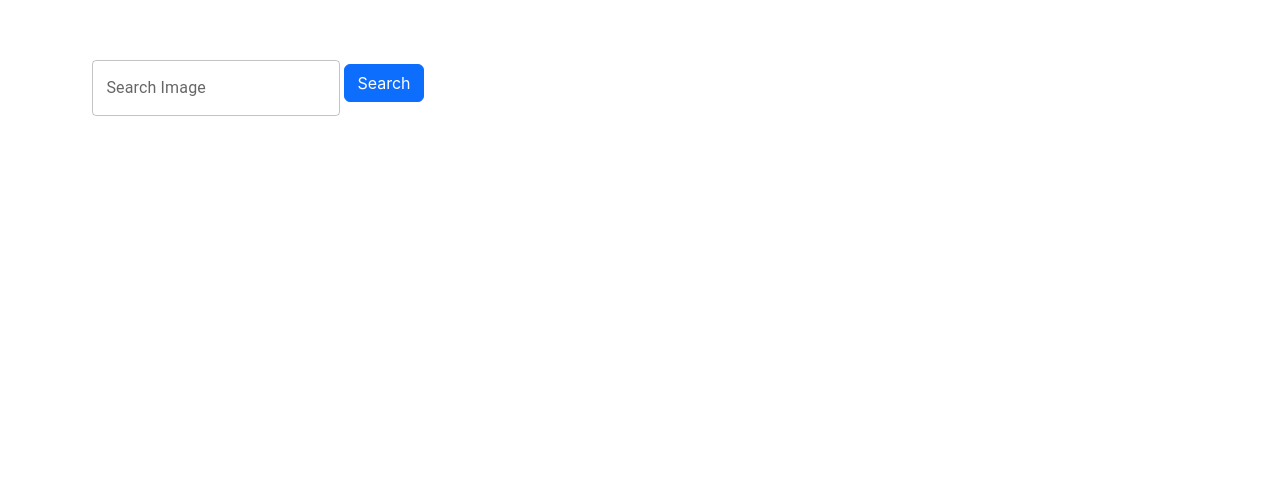
Repository: mohit78911/Snapshot
Page: /
These files come from the project's save history. The page is drawn as it stood at one moment and after the next save; the edit follows.
The browser window is 1280 px wide. The pictures show the whole page.
The project was rebuilt for these pictures with package versions that can differ from the ones it lists, and the page was loaded fresh each time.

Above is the page before, as saved 2023-09-01 10:45:34.

After the next save:
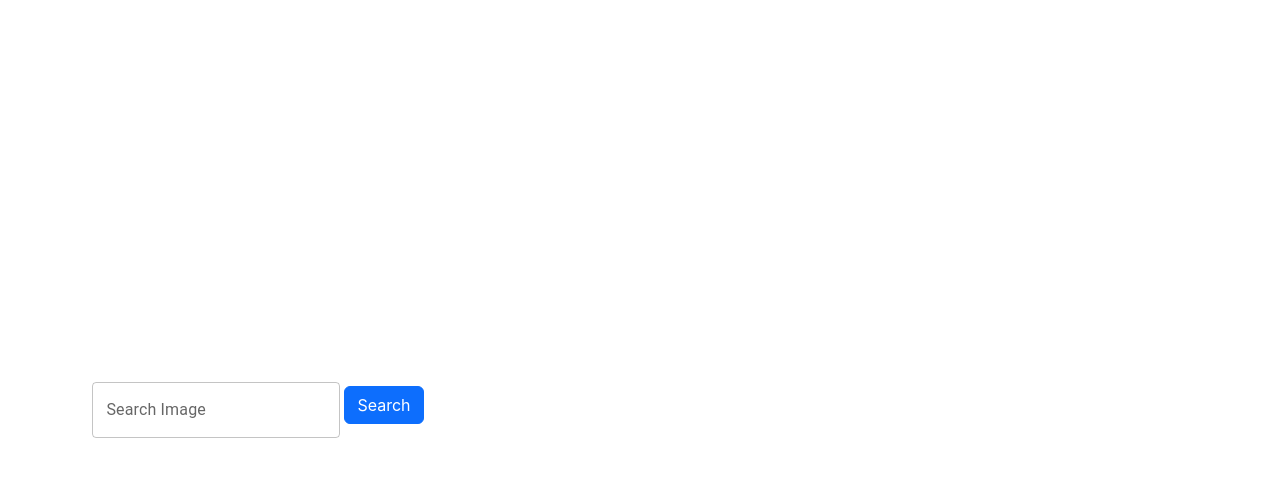
Saved 7 s later.
--- a/src/App.css
+++ b/src/App.css
@@ -39,5 +39,5 @@
 }
 
 .firstColoum{
-  margin-top: 52px;
+  margin-top: 52vh;
 }
